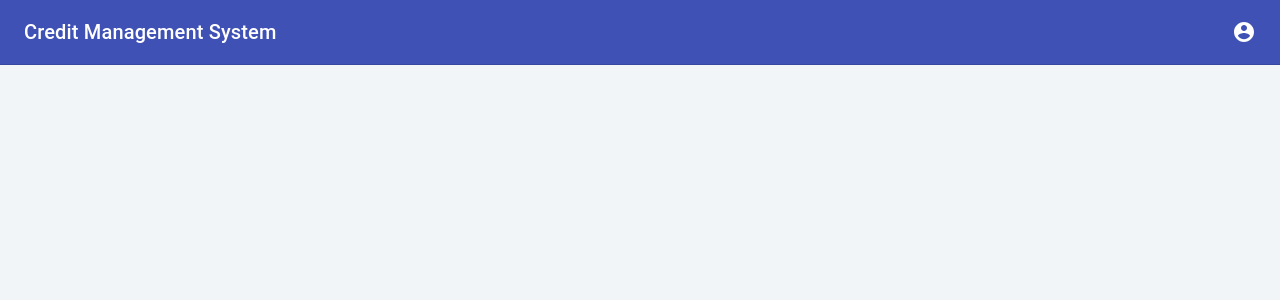
Repository: vinuvish/credit-management-frontend
Page: /
An editor plug-in stored every save of this project. The page is shown before and after the next save, followed by the edit.
The browser window is 1280 px wide. The pictures show the whole page.
The project was rebuilt for these pictures with package versions that can differ from the ones it lists, and the page was loaded fresh each time. Also part of the build but not shown: src/App.css.

Above is the page before, as saved 2021-01-20 17:10:24.

After the next save:
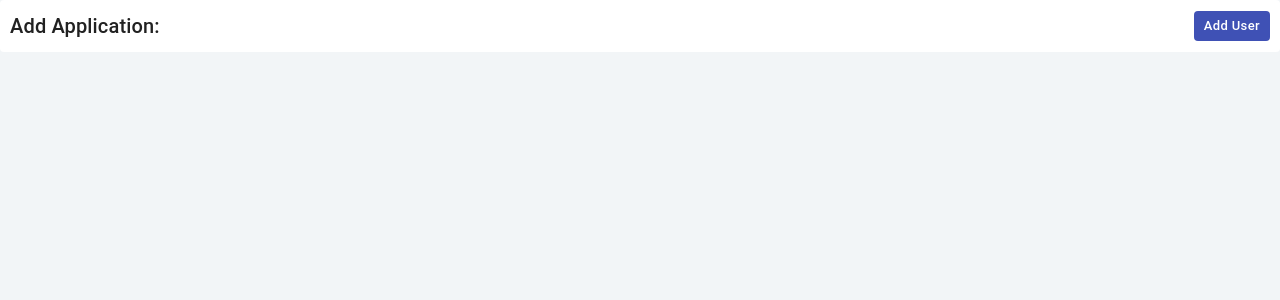
Saved 8 s later.
--- a/src/AppRouterRoutes.tsx
+++ b/src/AppRouterRoutes.tsx
@@ -9,7 +9,7 @@
     return (
         <div>
             <Router history={history}>
-                <ZAppBar />
+                {/* <ZAppBar /> */}
 
                 <Switch>{[Routes]}</Switch>
 

After the save that followed:
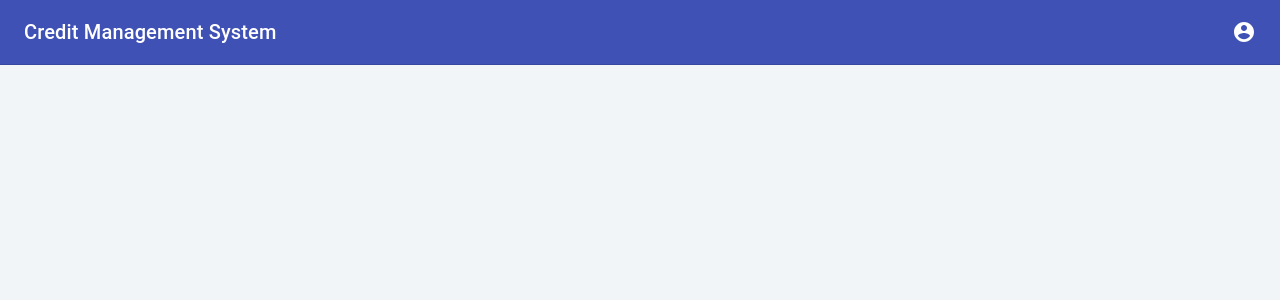
Saved 7 s later.
--- a/src/AppRouterRoutes.tsx
+++ b/src/AppRouterRoutes.tsx
@@ -9,7 +9,7 @@
     return (
         <div>
             <Router history={history}>
-                {/* <ZAppBar /> */}
+                <ZAppBar />
 
                 <Switch>{[Routes]}</Switch>
 
